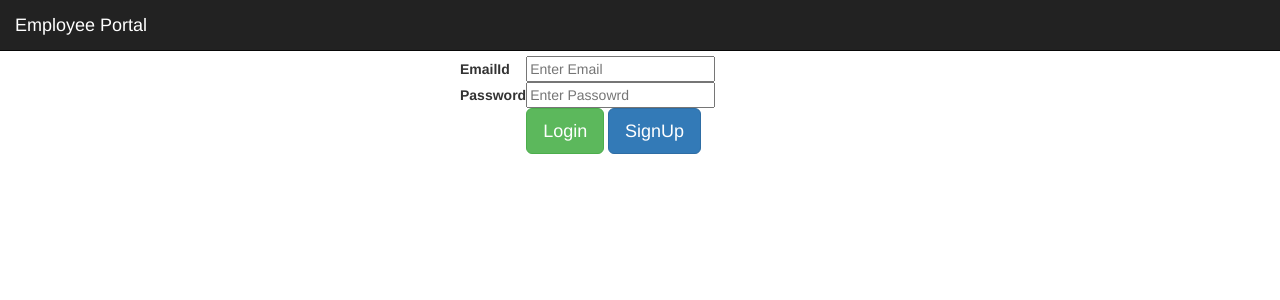
Repository: jagdishpatil18/JavaAdv
Page: http://localhost/EmployeePortal/
An editor plug-in stored every save of this project. The page is shown before and after the next save, followed by the edit.
The browser window is 1280 px wide. The pictures show the whole page.
Some web libraries are served in a nearby version. The page is served by Tomcat 9.

Above is the page before, as saved 2017-05-26 04:20:23.

After the next save:
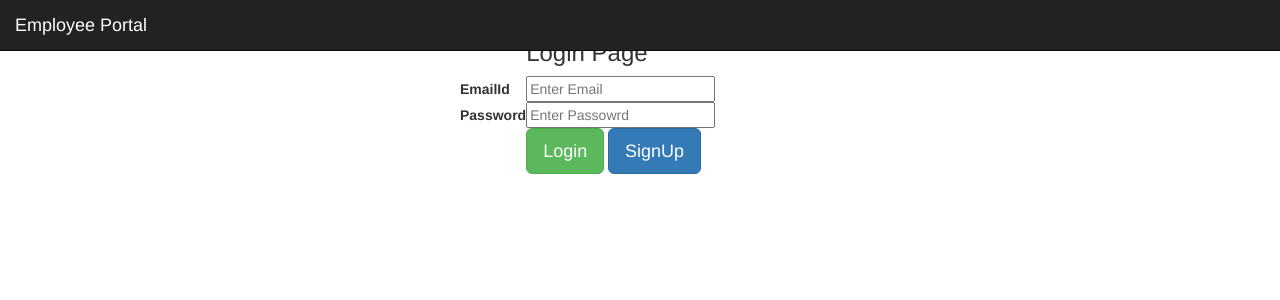
Saved 5 min 10 s later.
--- a/EmployeePortal/EmployeePortal/WebContent/Newlogin.jsp
+++ b/EmployeePortal/EmployeePortal/WebContent/Newlogin.jsp
@@ -1,12 +1,12 @@
 <%@ page language="java" contentType="text/html; charset=UTF-8"
     pageEncoding="UTF-8"%>
-<!DOCTYPE html PUBLIC "-//W3C//DTD HTML 4.01 Transitional//EN" "http://www.w3.org/TR/html4/loose.dtd">
-
-
-
 
 
 <%@ include file = "header.jsp" %>
+<!DOCTYPE html PUBLIC "-//W3C//DTD HTML 4.01 Transitional//EN" "http://www.w3.org/TR/html4/loose.dtd">
+
+<<html>
+<body>
 <% if((Integer) session.getAttribute("userid")==null) {%>
 <div class="container">
 <div class="row">
